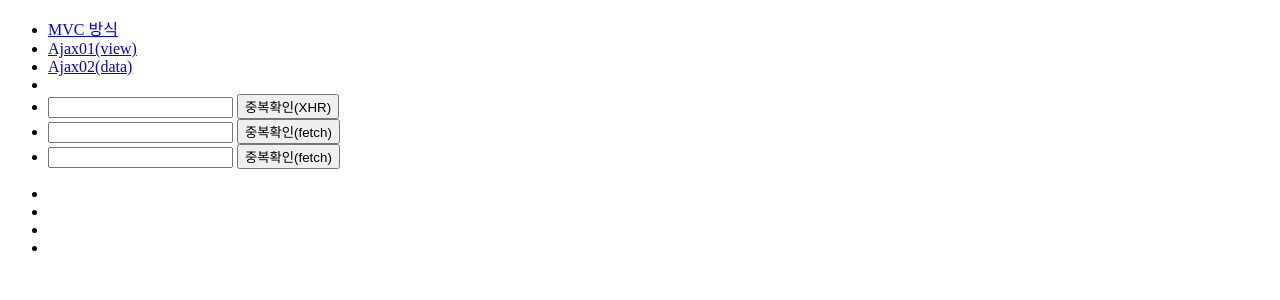
Repository: jpkno11/PrjAjax2
Page: PrjAjax2/src/main/resources/static/index.html
The author's editor kept a copy of each file at every save. The page is drawn from the files as they stood at one save, then again after the next save.
The browser window is 1280 px wide. The pictures show the whole page.

Above is the page before, as saved 2024-04-22 06:22:06.

### PrjAjax2/src/main/resources/static/index.html
<!DOCTYPE html>
<html>
<head>
<meta charset="UTF-8">
<title>Insert title here</title>
</head>
<body>
  <div>
    <ul>
     <li><a href="/mvc">MVC 방식</a></li>
     <li><a href="/ajax1">Ajax01(view)</a></li>
     <li><a href="/ajax2">Ajax02(data)</a></li>
     <li>&nbsp;</li>
     <li>
       <input type="text"   id="indata" />
       <input type="button" id="btnGetData" value="중복확인(XHR)" />
     </li>
     <li>
       <input type="text"   id="indata2" />
       <input type="button" id="btnGetData2" value="중복확인(fetch)" />
     </li>
      <li>
       <input type="text"   id="indata3" />
       <input type="button" id="btnGetData3" value="중복확인(fetch)" />
     </li>


    </ul>
    <div id="output"></div>
  </div>
  <ul>
   <li><a href="jquery01.html" </li>
   <li><a href="jquery02.html" </li>
   <li><a href="jquery03.html" </li>
   <li><a href="jquery04.html" </li>


  </ul>
  <script>
    const  outputEl = document.getElementById('output');
    // a tag 사용하지 않고 버튼클릭할때 서버data 를 가져온다
    const  btnGetDataEl = document.querySelector("#btnGetData")
    btnGetDataEl.addEventListener('click', function(e) {
        //alert('click');
        // old문법
        //response.ResponseText
            //old 문법:XMLHTTPRequest
       // response.ResponseText : response.text()
        // response.ResponseHTML: response.xml()
       // JSON: JSON.stringify("")->String 객체 변경
       // JSON: JSON.parse("") -> js객체변경
        const xhttp = new XMLHttpRequest(); // 1번 실행 : xhr new
        xhttp.onload = function() {
            // 비동기 호출(asynchronous javascript and xml 호출)
           // 4번째 실행 결과가 도착할때 수행하는 이벤트
            console.dir(xhttp)
         //alert( xhttp.responseText );

            outputEl.innerHTML = xhttp.responseText;
        }
        xhttp.open("GET", "/ajax3"); // 2번실행 호출준비
        xhttp.send(); // 3번실행 : 호출
    } ) // addEventListener()함수끝
     //---------------------------------------------
     const btnGetData2El   = document.querySelector('#btnGetData2');
     btnGetData2El.onclick = (e) => {
        // alert('data2 click');
        let result = '';
        fetch( '/ajax3' )
         .then( (response) => response.text() )

         .then( (data)     => {
               result =  data
               outputEl.innerHTML = result;
         })
     };

     //-------------------------------------
     const btnGetData3El = document.querySelector('#btnGetData3')
     btnGetDataEl.onclick=()=>{
      fetch('/ajax4')
      .then((response)=> response.json())
      .then((jsonObj)=>{
      alert(jsonObj)
let html= `<div>
<ul>
<li>아이디:${jsonObj.userid}</li>
<li>암호:${jsonObj.userpass}</li>
<li>이름:${jsonObj.username}</li>
</ul>
</div>`

   outputEl.innerHTML = html;

      }
      );
     }

  </script>

</body>
</html>

After the next save:
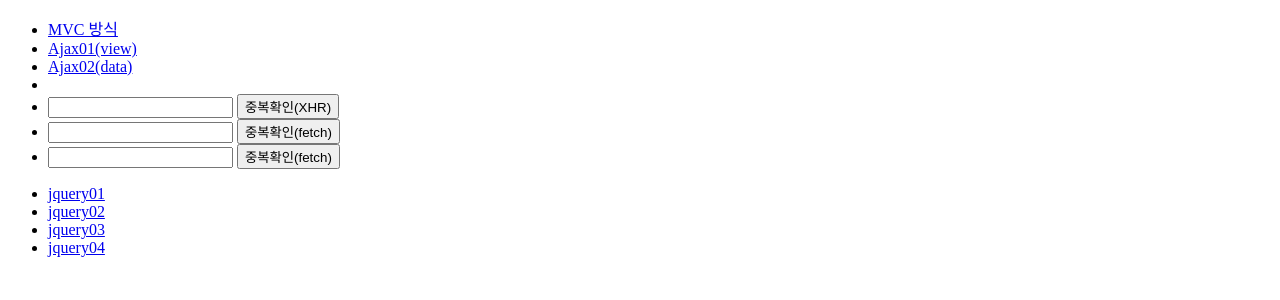
Saved 25 s later.
--- a/PrjAjax2/src/main/resources/static/index.html
+++ b/PrjAjax2/src/main/resources/static/index.html
@@ -29,10 +29,10 @@
     <div id="output"></div>
   </div>
   <ul>
-   <li><a href="jquery01.html" </li>
-   <li><a href="jquery02.html" </li>
-   <li><a href="jquery03.html" </li>
-   <li><a href="jquery04.html" </li>
+   <li><a href="jquery01.html" >jquery01</a></li>
+   <li><a href="jquery02.html" >jquery02</a></li>
+   <li><a href="jquery03.html" >jquery03</a></li>
+   <li><a href="jquery04.html" >jquery04</a></li>
 
 
   </ul>
